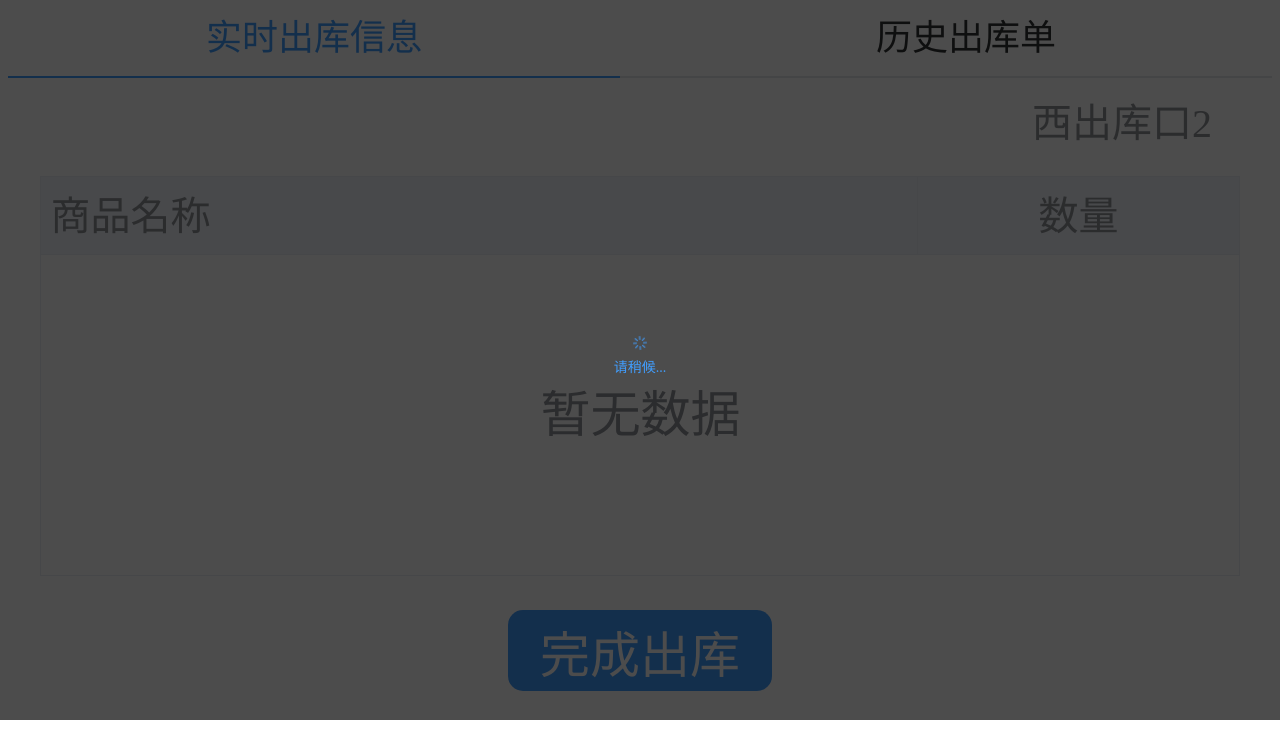
Repository: yaesass/yaesass
Page: / (app in scancode/)
These files come from the project's save history. The page is drawn as it stood at one moment and after the next save; the edit follows.
The browser window is 1280 px wide. The pictures show the whole page.
The page's requests for data from a server got no answer. The project was rebuilt for these pictures with package versions that can differ from the ones it lists, and the page was loaded fresh each time. No one was signed in, and anything a server would have sent is missing. Also part of the build but not shown: scancode/vue.config.js.

Above is the page before, as saved 2022-07-04 10:54:09.

### scancode/src/main.js
import Vue from 'vue'
import App from './App.vue'
import router from './router/index.js'

import ElementUI from 'element-ui';
import 'element-ui/lib/theme-chalk/index.css';

import axios from 'axios'
Vue.use(ElementUI);
Vue.config.productionTip = false
Vue.prototype.$axios = axios
new Vue({
  el: '#app',
  axios,
  router,
  render: h => h(App)
}).$mount('#app')

### scancode/src/App.vue
<template>
  <div id="app">
    <!-- Name {{ Name }} token {{ token }} Type {{ Type }} Remarks {{ Remarks }} -->
    <router-view></router-view>
  </div>
</template>
<script>
export default {
  name: "App",
  data() {
    return {
      // show: "",
      // activeName: "待生产订单",
      // list: [],
      // listLoading: true,
      // queryForm: {
      //   CurrentPage: 1,
      //   PageSize: 999999,
      // },
      // intervalId: null,
      // messageObj: "",
    };
  },
  created() {
    //获取winform数据
    let Name, token, Type, Remarks;
    // Name = this.getQueryString("Name");
    // token = "Bearer" + " " + this.getQueryString("token");
    // Type = this.getQueryString("DeliveryType");
    // Remarks = this.getQueryString("Remarks");
    token =
      "Bearer admin-accessToken-eyJ0eXAiOiJKV1QiLCJhbGciOiJIUzI1NiJ9.eyJpZCI6IkVBNDY5MDAwLUEwRTMtNDM2NS04OEU1LTYzNTk4MUQxNzM2NSIsIm5hbWUiOiLmiavnoIEifQ.ysDSnXIKlGLatjoH2wUIq0r65R8tv9DP_CH0vsOTbN0";
    Name = "out2";
    Type = "out";
    // Name = "in4";
    // Type = "in";
    Remarks = "西出库口2";
    if (Type == "in") {
      this.$router.push({
        name: "InStock",
        params: { Name, token, Type, Remarks },
      });
    } else {
      this.$router.push({
        name: "OutStock",
        params: { Name, token, Type, Remarks },
      });
    }
  },
  beforeDestroy() {
    // this.isDestroyed = true;
    // this.ws.close("测试");
  },
  methods: {
    //接收winform数据
    getQueryString(name) {
      var reg = new RegExp("(^|&)" + name + "=([^&]*)(&|$)");
      var r = window.location.search.substr(1).match(reg);
      if (r != null) return decodeURI(r[2]);
      return null;
    },
  },
};
</script>

### scancode/src/router/index.js
import Vue from 'vue'
import VueRouter from 'vue-router'
// import HomeView from '../views/mainPage/mainPage.vue'

Vue.use(VueRouter)

const routes = [
  {
    path: '/',
    name: 'home',
  },
  {
    path: '/InStock',
    name: 'InStock',
    // route level code-splitting
    // this generates a separate chunk (about.[hash].js) for this route
    // which is lazy-loaded when the route is visited.
    component: () => import(/* webpackChunkName: "about" */ '../views/InStock.vue')
  }, {
    path: '/InStockDetail',
    name: 'InStockDetail',
    // route level code-splitting
    // this generates a separate chunk (about.[hash].js) for this route
    // which is lazy-loaded when the route is visited.
    component: () => import(/* webpackChunkName: "about" */ '../views/InStockDetail.vue')
  }, {
    path: '/OutStock',
    name: 'OutStock',
    // route level code-splitting
    // this generates a separate chunk (about.[hash].js) for this route
    // which is lazy-loaded when the route is visited.
    component: () => import(/* webpackChunkName: "about" */ '../views/OutStock.vue')
  }
]



const router = new VueRouter({
  routes
})

export default router

### scancode/src/views/OutStock.vue
<template>
  <el-tabs v-model="activeName" @tab-click="handleClick">
    <el-tab-pane
      :disabled="outState"
      label="实时出库信息"
      class="counttable"
      name="实时出库信息"
    >
      <div class="count">
        <div class="counttxt">{{ Remarks }}</div>
      </div>
      <el-table
        :data="tableData"
        border
        :header-cell-style="{
          background: '#F2F6FC',
          height: '48px',
          color: '#909399',
          fontSize: '40px',
        }"
        style="width: 95%; margin: 40px auto 0 auto; font-size: 50px"
        :cell-style="totalcellcolor"
        height="400"
        :row-style="{ height: '90px' }"
      >
        <el-table-column label="商品名称" style="heihgt: 97px" prop="Name">
        </el-table-column>
        <el-table-column align="center" label="数量" width="323">
          <template slot-scope="scope">
            <div style="color: red">{{ scope.row.Quantity }}</div>
          </template>
        </el-table-column>
      </el-table>
      <div class="zero" @click="zero()">
        <div class="btntxt">{{ outState ? "开始出库" : "完成出库" }}</div>
      </div>
    </el-tab-pane>
    <el-tab-pane
      :disabled="outState"
      label="历史出库单"
      class="counttable"
      name="历史出库单"
    >
      <el-table
        :data="tableData"
        border
        :header-cell-style="{
          background: '#F2F6FC',
          height: '48px',
          color: '#909399',
          fontSize: '40px',
        }"
        style="width: 910px; margin: 40px auto; font-size: 25px"
        :cell-style="totalcellcolor"
        height="450"
        :row-style="{ height: '48px' }"
      >
        <el-table-column align="center" prop="product" label="产品名称">
        </el-table-column>
        <el-table-column align="center" prop="time" label="时间">
        </el-table-column>
        <el-table-column align="center" prop="num" label="出库数量">
        </el-table-column>
        <el-table-column align="center" prop="state" label="出库类型">
        </el-table-column>
      </el-table>
    </el-tab-pane>
  </el-tabs>
</template>

<script>
export default {
  name: "InStock",
  data() {
    return {
      token: "",
      Name: "",
      Type: "",
      Remarks: "",
      activeName: "实时出库信息",
      tableData: [], //列表数据
      outOrderId: "", //出库单单号
      ws: "", //websocket
      errMessage: "", //错误提示
      outState: false, //出库状态
    };
  },
  created() {
    this.token = this.$route.params.token;
    this.Name = this.$route.params.Name;
    this.Type = this.$route.params.Type;
    this.Remarks = this.$route.params.Remarks;
    this.getVoices = window.speechSynthesis.getVoices();
    // console.log("this.$route.params", this.$route.params);
  },
  mounted() {
    this.GetOrderOut();
  },

  destroyed() {
    // 在页面销毁
  },
  methods: {
    //选项卡
    handleClick(e) {
      console.log("点击tab", e.name);
      if (e.name == "实时出库信息") {
        this.GetOrderOut();
      } else {
        if (this.ws != "") {
          this.ws.onclose = function () {
            console.log("主动关闭websocket");
          };
          this.ws.close();
          this.ws = "";
        }
      }
    },

    zero() {
      let that = this;
      that.$axios
        .post(
          "https://www.moondeity.com:8308/api/Areas/OrderInfo/EditOrderOutState",
          {
            Name: that.Name,
          },
          {
            headers: {
              Authorization: that.token,
            },
          }
        )
        .then(function (res) {
          let reqData = res.data;
          if (reqData.msg == "修改成功") {
            that.message("出库成功");
          } else {
            that.message(reqData.msg);
          }
          that.GetOrderOut();
        })
        .catch(function (error) {
          console.log(error);
        });
    },

    //查询已激活出库单
    GetOrderOut() {
      let that = this;
      this.$loading({
        lock: true,
        text: "请稍候...",
        spinner: "el-icon-loading",
        background: "rgba(0, 0, 0, 0.7)",
      });
      that.$axios
        .post(
          "https://www.moondeity.com:8308/api/Areas/OrderInfo/GetOrderOut",
          {
            Name: that.Name,
          },
          {
            headers: {
              Authorization: that.token,
            },
          }
        )
        .then(function (res) {
          let reqData = res.data;
          console.log("查询已激活出库单", reqData);
          if (reqData.code == "200") {
            if (reqData.msg == "无激活订单") {
              that.outState = true;
              that.$loading().close();
              //  that.outStart(); //没有激活的出库单 ，不处理
            } else if (reqData.msg == "查询成功") {
              that.outState = false;
              that.outOrderId = reqData.data.model.Id;
              that.GetOrderOutListDetail();
            } else {
              that.message(reqData.msg);
            }
          } else {
            that.message(reqData.msg);
          }
        })
        .catch(function (error) {
          console.log(error);
        });
    },

    //新建出库单
    outStart() {
      let that = this;
      that.$axios
        .post(
          "https://www.moondeity.com:8308/api/Areas/OrderInfo/AddOrderOut",
          {
            Name: that.Name,
          },
          {
            headers: {
              Authorization: that.token,
            },
          }
        )
        .then(function (res) {
          let reqData = res.data;
          console.log("生成出库单", reqData);
          if (reqData.code == "200") {
            setTimeout(() => {
              that.GetOrderOut();
            }, 5000);
          } else {
            // wx.showToast({
            //   title: "加载失败，请稍后再试",
            //   icon: "none",
            //   duration: 1000,
            // });
          }
        })
        .catch(function (error) {
          console.log(error);
        });
    },

    //查询出库单明细
    GetOrderOutListDetail() {
      let that = this,
        OrderId = that.outOrderId;
      that.$axios
        .post(
          "https://www.moondeity.com:8308/api/Areas/OrderInfo/GetOrderOutListDetail",
          {
            OrderId,
          },
          {
            headers: {
              Authorization: that.token,
            },
          }
        )
        .then(function (res) {
          //   that.$loading().close();
          let reqData = res.data;
          console.log("查询出库单明细", reqData);
          if (that.ws != "") {
            that.ws.onclose = function () {
              console.log("主动关闭websocket");
            };
            that.ws.close();
            that.ws = "";
          }
          if (reqData.code == "200") {
            let dt = reqData.data.dts;
            if (dt == "") {
              that.tableData = [];
              // console.log("无返回", that.data.list);
            } else {
              that.tableData2 = new Object();
              that.tableData = [];
              that.listData(dt);
            }
            that.start();
          } else {
            that.message(reqData.msg);
          }
        })
        .catch(function (error) {
          console.log(error);
        });
    },

    listData(dt) {
      for (let i in dt) {
        let t = dt[i];
        // console.log("t", t);
        if (!this.tableData2[t.ProductId]) {
          // 如果没有这个商品
          this.tableData2[t.ProductId] = {
            Name: t.Name,
            Quantity: t.Quantity,
          };
        } else {
          this.tableData2[t.ProductId].Quantity++;
        }
      }
      for (let i in this.tableData2) {
        let t = this.tableData2[i];
        this.tableData[this.tableData.length] = {
          Name: t.Name,
          Quantity: t.Quantity,
        };
      }
      // console.log("that.tableData2", this.tableData2);
      // console.log("that.tableData", this.tableData);
      // that.tableData = dt;
    },

    //开始websocket
    start() {
      if (this.errMessage == "") {
        this.$loading({
          lock: true,
          text: "正在与服务器连接...",
          spinner: "el-icon-loading",
          background: "rgba(0, 0, 0, 0.7)",
        });
      }
      let webhttp = "ws://192.168.99.175:8383/" + this.Name;
      var that = this;
      if (window.WebSocket) {
        var wsImpl = window.WebSocket || window.MozWebSocket;
        that.ws = new wsImpl(webhttp);

        that.ws.onmessage = function (e) {
          console.log("Socket消息", e);
          if (e.data != "connect") {
            let temp = JSON.parse(e.data);
            if (temp.code == 200 && temp.msg == "成功") {
              let id = temp.data.Id,
                name = temp.data.Name;

              console.log("websocket数据", temp);

              if (that.tableData.length == 0) {
                that.list.push({
                  id,
                  name,
                  num: 1,
                });
              } else {
                let key = false,
                  t;
                for (let i in that.tableData) {
                  if (id == that.tableData[i].id) {
                    key = true;
                    t = i;
                    that.tableData[i].num++;
                    break;
                  }
                }
                if (key) {
                  let temp = that.tableData[t];
                  that.tableData.splice(t, 1);
                  that.tableData.push(temp);
                } else {
                  that.tableData.push({
                    id,
                    name,
                    num: 1,
                  });
                }
              }
              that.speak("入库成功");
            } else {
              that.message(temp.msg);
              // const h = that.$createElement;
              // let tempHtml = h(
              //   "p",
              //   {
              //     style:
              //       " width: 100%; display:flex;align-items: center;justify-content: space-between;",
              //   },
              //   [h("span", undefined, temp.msg)]
              // );
              // that.messageObj = that.$message({
              //   dangerouslyUseHTMLString: true,
              //   duration: 2000,
              //   type: "warning",
              //   message: tempHtml,
              //   customClass: "workShop_message",
              // });
            }
          }
        };
        that.ws.onopen = function () {
          // that.message("连接成功");
          that.$loading().close();

          if (that.errMessage != "") {
            that.errMessage.close();
            that.errMessage = "";
          }
        };
        that.ws.onclose = function (e) {
          console.log("close", e);

          that.reconnect();
        };
        that.ws.error = function () {
          console.log("error");

          that.reconnect();
        };
      }
    },

    reconnect() {
      console.log("reconnect连接断开");

      if (this.errMessage == "") {
        this.$loading().close();
        this.$loading({
          lock: true,
          text: "网络异常，重新连接中...",
          spinner: "el-icon-loading",
          background: "rgba(0, 0, 0, 0.7)",
        });
        const h = this.$createElement;
        let tempHtml = h(
          "p",
          {
            style:
              " width: 100%; display:flex;align-items: center;justify-content: space-between;",
          },
          [h("span", undefined, "网络异常，重新连接中")]
        );
        this.errMessage = this.$message({
          dangerouslyUseHTMLString: true,
          duration: 0,
          type: "error",
          message: tempHtml,
          customClass: "workShop_message",
        });
      }
      var that = this;
      setTimeout(function () {
        that.GetOrderOut();
      }, 5000);
    },

    //弹窗提示
    message(msg) {
      //console.log('message')
      if (msg == "success") {
        msg = "操作成功";
      }
      const h = this.$createElement;
      let tempHtml = h(
        "p",
        {
          style:
            " width: 100%; display:flex;align-items: center;justify-content: space-between;",
        },
        [h("span", undefined, msg)]
      );
      this.speak(msg);

      if (msg.indexOf("成功") != "-1") {
        this.$message({
          dangerouslyUseHTMLString: true,
          duration: 2000,
          type: "success",
          message: tempHtml,
          customClass: "workShop_message",
        });
        return true;
      } else if (msg == "网络连接失败") {
        this.$message({
          dangerouslyUseHTMLString: true,
          duration: 2000,
          type: "error",
          message: tempHtml,
          customClass: "workShop_message",
        });
        return false;
      } else {
        this.$message({
          dangerouslyUseHTMLString: true,
          duration: 2000,
          type: "error",
          message: tempHtml,
          customClass: "workShop_message",
        });
        return false;
      }
    },
    totalcellcolor({ row, column, rowIndex, columnIndex }) {
      row, column, rowIndex;
      if (columnIndex == 1) {
        return "color:red";
      }
    },

    speak(msg) {
      var msgSpeak = new SpeechSynthesisUtterance();
      // console.log(
      //   "window.speechSynthesis.getVoices()",
      //   window.speechSynthesis.getVoices()
      // );
      this.getVoices = window.speechSynthesis.getVoices()[2];
      msgSpeak.text = msg; // 文字内容
      msgSpeak.lang = this.getVoices.lang; // 使用的语言:中文
      msgSpeak.volume = 1; // 声音的音量，区间范围是0到1，默认是1。
      msgSpeak.rate = 1.25; // 设置播放语速，范围：0.1 - 10之间    正常为1倍播放
      msgSpeak.pitch = 2; // 表示说话的音高，数值，范围从0（最小）到2（最大）。默认值为1。
      msgSpeak.voice = this.getVoices;
      window.speechSynthesis.speak(msgSpeak);
    },
  },
};
</script>

<style>
.el-table {
  width: 100%;
  display: flex;
  flex-direction: column;
}

.el-table__body-wrapper {
  flex: 1;
}

.el-tabs__nav {
  width: 100%;
}
.el-tabs__item {
  margin-top: 10px;
  width: 50%;
  height: 60px;
  text-align: center;
  font-size: 36px;
  font-weight: 300;
  letter-spacing: 0em;
}

.count {
  display: flex;
  justify-content: right;
  margin: 20px 60px 20px 0;
}

.count .counttxt {
  font-size: 40px;
  font-weight: normal;
  line-height: 24px;
  letter-spacing: 0px;
  color: #909399;
}

.counttable .el-table .cell {
  line-height: 50px;
  font-weight: 300;
}

.workShop_message {
  width: 40%;
  font-size: 30px;
  color: #ff7d38;
}

.workShop_message .btn {
  padding: 5px 10px;
  cursor: pointer;
  background: #ffb89143;
  border: 2px solid #ffb89143;
  border-radius: 10px;
}

.zero {
  display: flex;
  margin: 34px auto;
  width: 264px;
  height: 81px;
  border-radius: 15px;
  background: #409eff;
}

.zero .btntxt {
  margin: auto;
  font-size: 50px;
  font-weight: 300;
  color: #ffffff;
}
</style>

Loaded but not shown: scancode/public/index.html (common file)

After the next save:
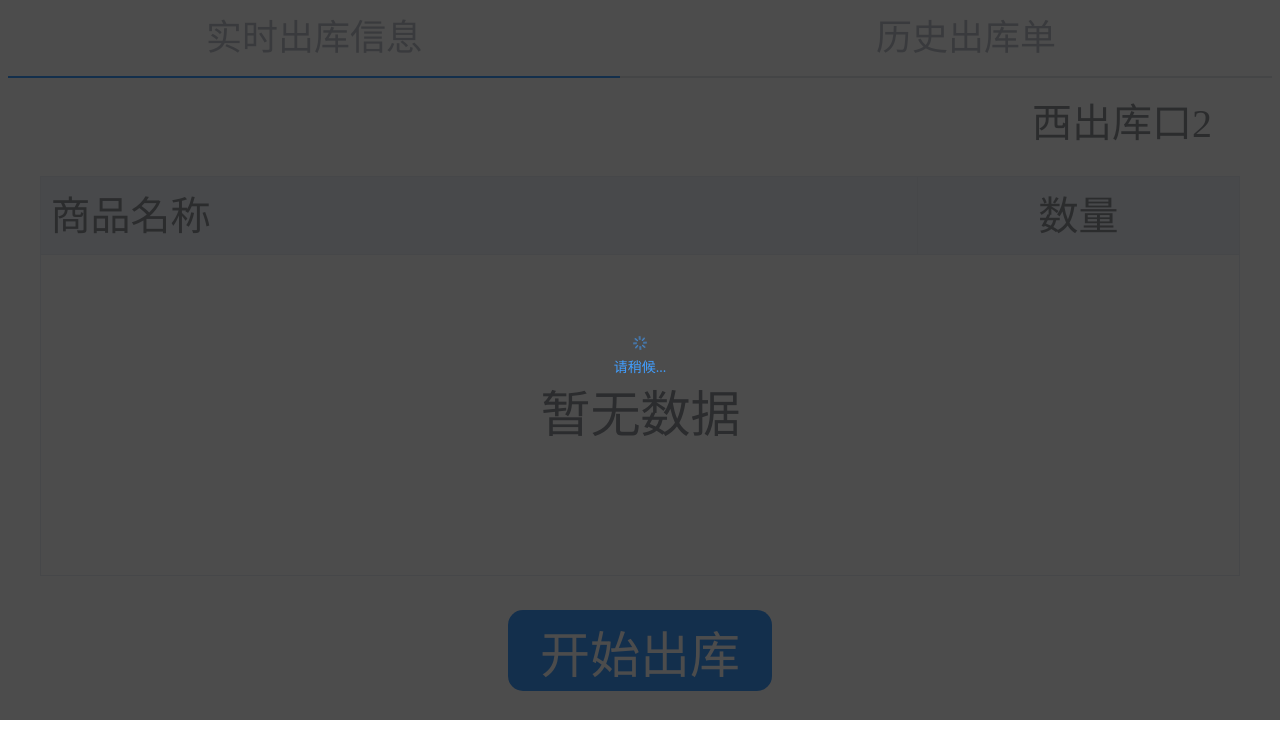
Saved 38 s later.
--- a/scancode/src/views/OutStock.vue
+++ b/scancode/src/views/OutStock.vue
@@ -82,7 +82,7 @@ export default {
       outOrderId: "", //出库单单号
       ws: "", //websocket
       errMessage: "", //错误提示
-      outState: false, //出库状态
+      outState: true, //出库状态
     };
   },
   created() {
